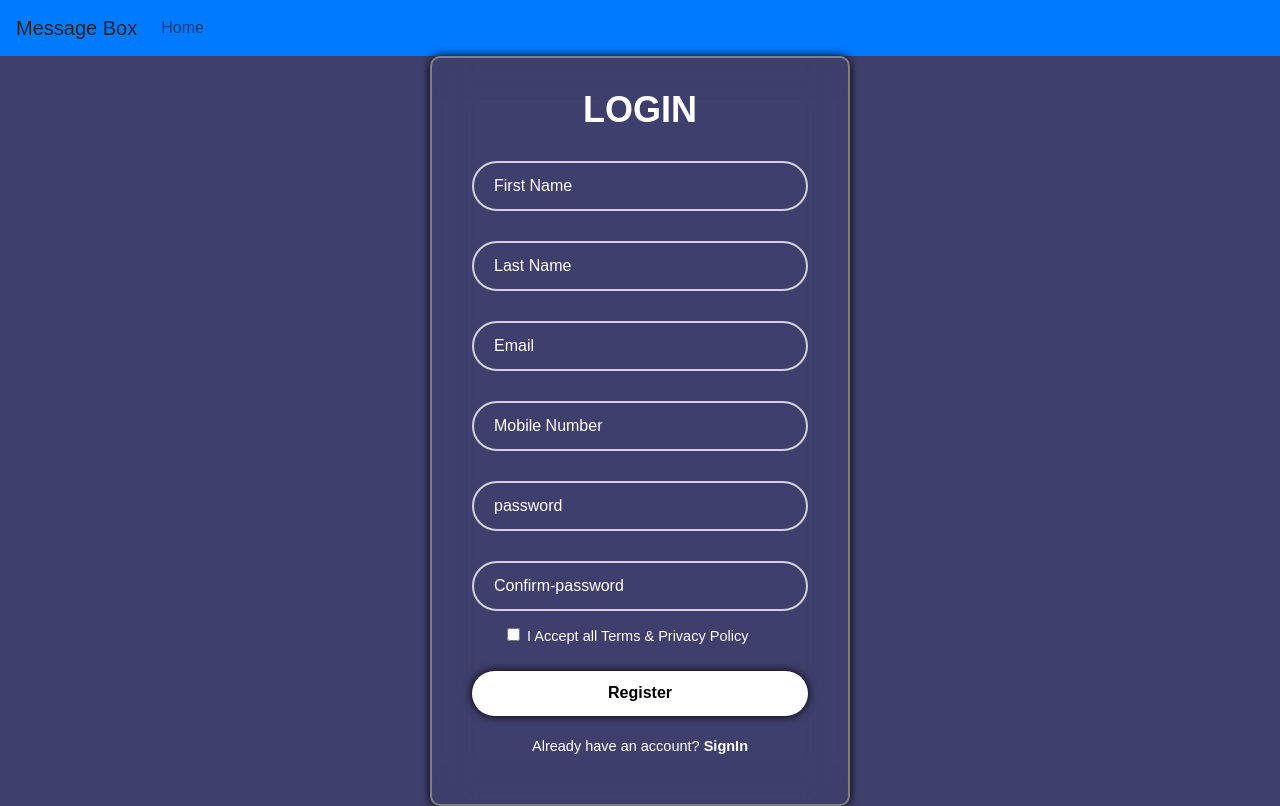
Repository: 05Mohammedismail/xworkz--Advance-Java
Page: Sep11_RegisterationForm/src/main/webapp/Register.html
These files come from the project's save history. The page is drawn as it stood at one moment and after the next save; the edit follows.
The browser window is 1280 px wide. The pictures show the whole page.

Above is the page before, as saved 2023-09-12 03:05:06.

After the next save:
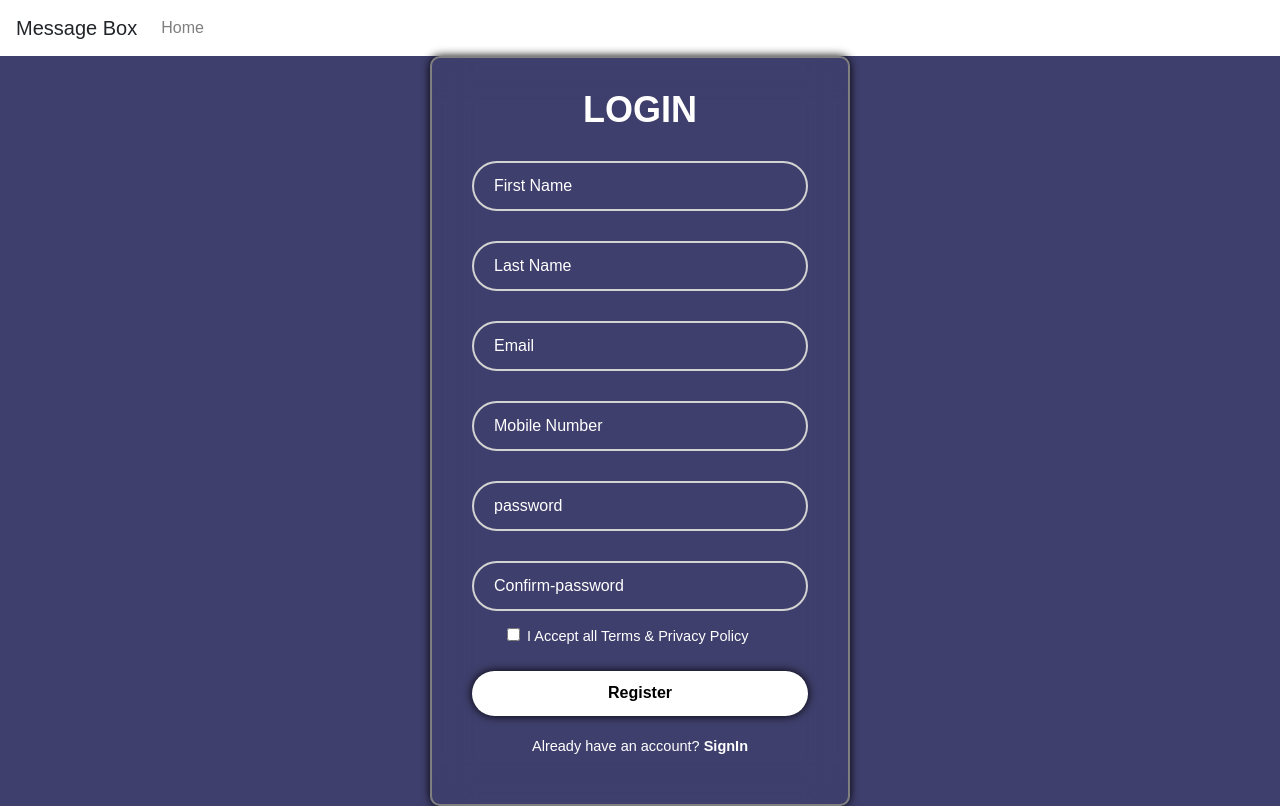
Saved 83 s later.
--- a/Sep11_RegisterationForm/src/main/webapp/Register.html
+++ b/Sep11_RegisterationForm/src/main/webapp/Register.html
@@ -116,7 +116,7 @@ text-decoration: underline;
 
 </style>
 <body>
-<nav class="navbar navbar-expand-lg navbar-light bg-primary">
+<nav class="navbar navbar-expand-lg navbar-light">
   <a class="navbar-brand">Message Box</a>
   <button class="navbar-toggler" type="button" data-toggle="collapse" data-target="#navbarNav" aria-controls="navbarNav" aria-expanded="false" aria-label="Toggle navigation">
     <span class="navbar-toggler-icon"></span>
